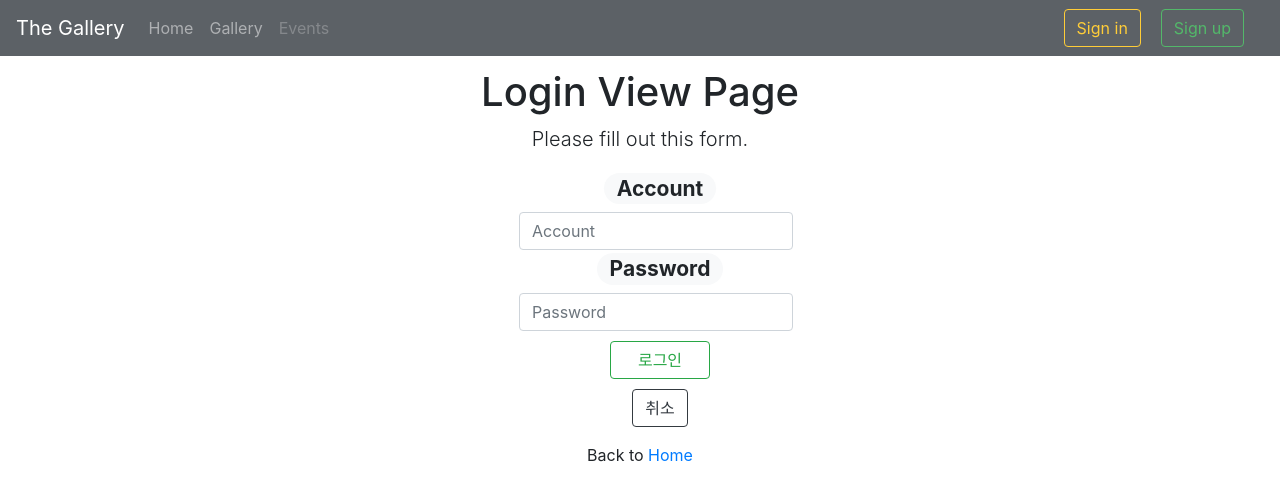
Repository: caramelsyrup/SpringProject1
Page: http://localhost/gallery/WEB-INF/views/customLogin.jsp
An editor plug-in stored every save of this project. The page is shown before and after the next save, followed by the edit.
The browser window is 1280 px wide. The pictures show the whole page.
The page is served by Tomcat 9. Nobody is signed in. Other server files are loaded and not shown. The template is opened directly, without the code that normally fills it, so the values that code supplies are empty.

Above is the page before, as saved 2020-11-17 05:56:37.

### gallery/src/main/webapp/WEB-INF/views/customLogin.jsp
<%@ page language="java" contentType="text/html; charset=UTF-8" pageEncoding="UTF-8"%>
<%@ include file="/resources/includes/header.jsp" %>
<title>로그인화면</title>
</head>
<main role="main" class="flex-shrink-1" style="margin-top: 20px">
  <div class="container" align="center">
    <h1 class="mt-5">Login View Page</h1>
    <p class="lead">Please fill out this form.</p>
    <form class="form-inline mt-2 mt-md-0" action="login" method="post" id="loginForm">
    	<ul style="list-style: none; margin-left: auto; margin-right: auto;">
    		<li>
    			<h3><span class="badge badge-pill badge-light">Account</span></h3>
        		<input class="form-control mr-sm-2" type="text" placeholder="Account" aria-label="Search" name="username" id="username">
    		</li>
    		<li>
    			<h3><span class="badge badge-pill badge-light">Password</span></h3>
	    		<input class="form-control mr-sm-2" type="text" placeholder="Password" aria-label="Search" name="password" id="password">
    		</li>
    		<li style="margin-top: 10px; margin-bottom: 10px;">
    			<input class="btn btn-outline-success my-2 my-sm-0" type="button" id="btnLogin" value="로그인" style="width: 100px;"  height="30px">
    		</li>
    		<li><input class="btn btn-outline-dark my-2 my-sm-0" type="reset" value="취소"></li>
    	</ul>
      </form>
   <p>Back to <a href="/">Home</a></p>
  </div>

	<script type="text/javascript" src="/resources/js/login.js"></script>
</main>

</body>
</html>

### gallery/src/main/webapp/resources/includes/header.jsp
<%@ taglib prefix="c" uri="http://java.sun.com/jsp/jstl/core" %>
<!DOCTYPE html>
<html>
<head>
<meta charset="UTF-8">
    <meta charset="utf-8">
    <meta name="viewport" content="width=device-width, initial-scale=1, shrink-to-fit=no">
    <meta name="description" content="">
    <meta name="author" content="Mark Otto, Jacob Thornton, and Bootstrap contributors">
    <meta name="generator" content="Jekyll v4.1.1">
<script src="https://code.jquery.com/jquery-3.5.1.js" integrity="sha256-QWo7LDvxbWT2tbbQ97B53yJnYU3WhH/C8ycbRAkjPDc=" crossorigin="anonymous"></script>
<!-- Latest compiled and minified CSS -->
<link rel="stylesheet" href="https://stackpath.bootstrapcdn.com/bootstrap/4.5.2/css/bootstrap.min.css">
<!-- Latest compiled JavaScript -->
<script src="https://stackpath.bootstrapcdn.com/bootstrap/4.5.2/js/bootstrap.min.js"></script>
</head>
<!-- 최상단 -->
<body class="d-flex flex-column h-100">
    <header>
  <!-- Fixed navbar -->
  <nav class="navbar navbar-expand-md navbar-dark fixed-top bg-dark" style="opacity: 0.8;">
    <a class="navbar-brand" href="/">The Gallery</a>
    <button class="navbar-toggler" type="button" data-toggle="collapse" data-target="#navbarCollapse" aria-controls="navbarCollapse" aria-expanded="false" aria-label="Toggle navigation">
      <span class="navbar-toggler-icon"></span>
    </button>
    <div class="collapse navbar-collapse" id="navbarCollapse">
      <ul class="navbar-nav mr-auto">
        <li class="nav-item">
          <a class="nav-link" href="/">Home <!-- <span class="sr-only">(current)</span> --> </a>
        </li>
        <li class="nav-item">
          <a class="nav-link" href="/gallery/list">Gallery</a>
        </li>
        <c:choose>
	        <c:when test="${member.auth==0||member.auth==1}">
	        	<li class="nav-item">
		          <a class="nav-link" href="/events/elist">Events</a>
		        </li>
	        </c:when>
			<c:otherwise>
				<li class="nav-item">
		          <a class="nav-link disabled" href="/events/elist"  aria-disabled="true">Events</a>
		        </li>
			</c:otherwise>
        </c:choose>

	    <c:if test="${member.auth==0}">
	     <li class="nav-item">
	      <a class="nav-link" href="/member/memberInfo/${member.username}">Info</a>
	     </li>
	    </c:if>
	    <c:if test="${member.auth==1}">
	     <li class="nav-item">
	      <a class="nav-link" href="/member/allmember">All Member</a>
	     </li>
	     <li class="nav-item">
	      <a class="nav-link disabled" href="/member/allReser"  aria-disabled="true">All Reservation</a>
	     </li>
	    </c:if>

      </ul>
       <c:choose>
       	<c:when test="${empty member.username}">
       		<a class="btn btn-outline-warning my-2 my-sm-0" href="/member/createMember" style="margin-right: 20px">Sign in</a>
      		<a class="btn btn-outline-success my-2 my-sm-0" href="/customLogin" style="margin-right: 20px">Sign up</a>
      	</c:when>
      	<c:otherwise>
        	<a class="btn btn-outline-success my-2 my-sm-0" href="/customLogout">Logout</a>
        </c:otherwise>
       </c:choose>
    </div>
  </nav>
</header>

### gallery/src/main/webapp/resources/js/login.js
$(document).ready(function(){


	$("#btnLogin").click(function(){
		var userID = $("#username").val();
		var password = $("#password").val();
		if(userID==""){
			alert('아이디를 입력하세요!');
			$("#username").focus();
			return false;
		}
		if(password==""){
			alert('비밀번호를 입력하세요!');
			$("#password").focus();
			return false;
		}
		// 로그인 판단
		loginDo($("#username").val(),$("#password").val());
	});


});

function loginDo(username,password){
	// 값이 있으면, 해당 컨트롤러에서 처리후 결과 받음
		$.ajax({
			type:"POST",
			url:"/login",
			data:{"username":username,"password":password}
		})
		.done(function(resp){
			if(resp=="go"){
				alert('Welcome!');
				location.href="/";
			}else{
				alert('Pleae check your info');
			}
		})
		.fail(function(e){
			alert("Please Check your Account");
		});
}

After the next save:
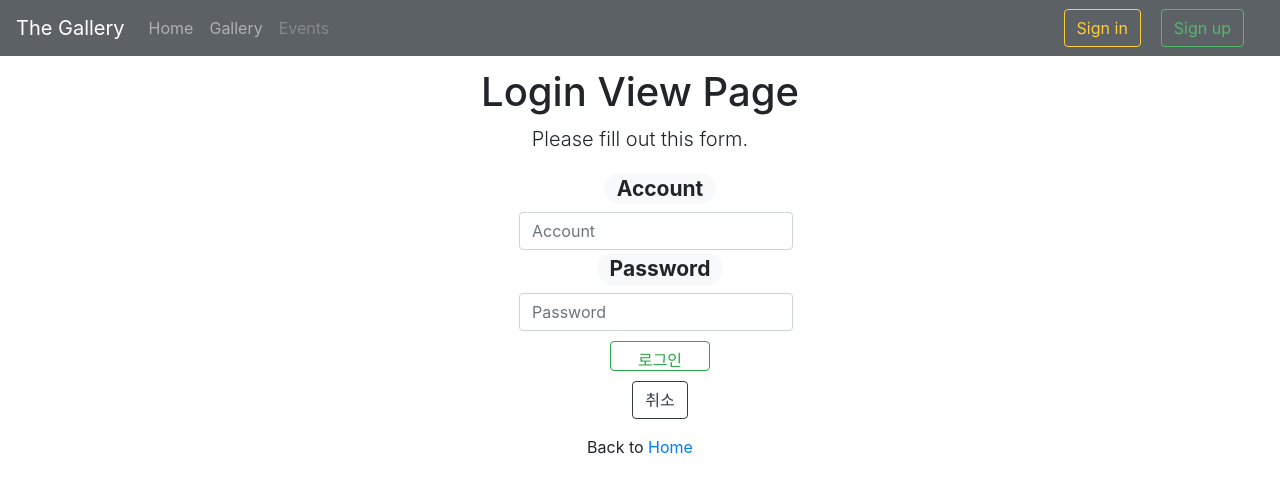
Saved 6 s later.
--- a/gallery/src/main/webapp/WEB-INF/views/customLogin.jsp
+++ b/gallery/src/main/webapp/WEB-INF/views/customLogin.jsp
@@ -17,7 +17,7 @@
 	    		<input class="form-control mr-sm-2" type="text" placeholder="Password" aria-label="Search" name="password" id="password">
     		</li>
     		<li style="margin-top: 10px; margin-bottom: 10px;">
-    			<input class="btn btn-outline-success my-2 my-sm-0" type="button" id="btnLogin" value="로그인" style="width: 100px;"  height="30px">
+    			<input class="btn btn-outline-success my-2 my-sm-0" type="button" id="btnLogin" value="로그인" style="width: 100px; height: 30px;"  height="30px">
     		</li>
     		<li><input class="btn btn-outline-dark my-2 my-sm-0" type="reset" value="취소"></li>
     	</ul>
